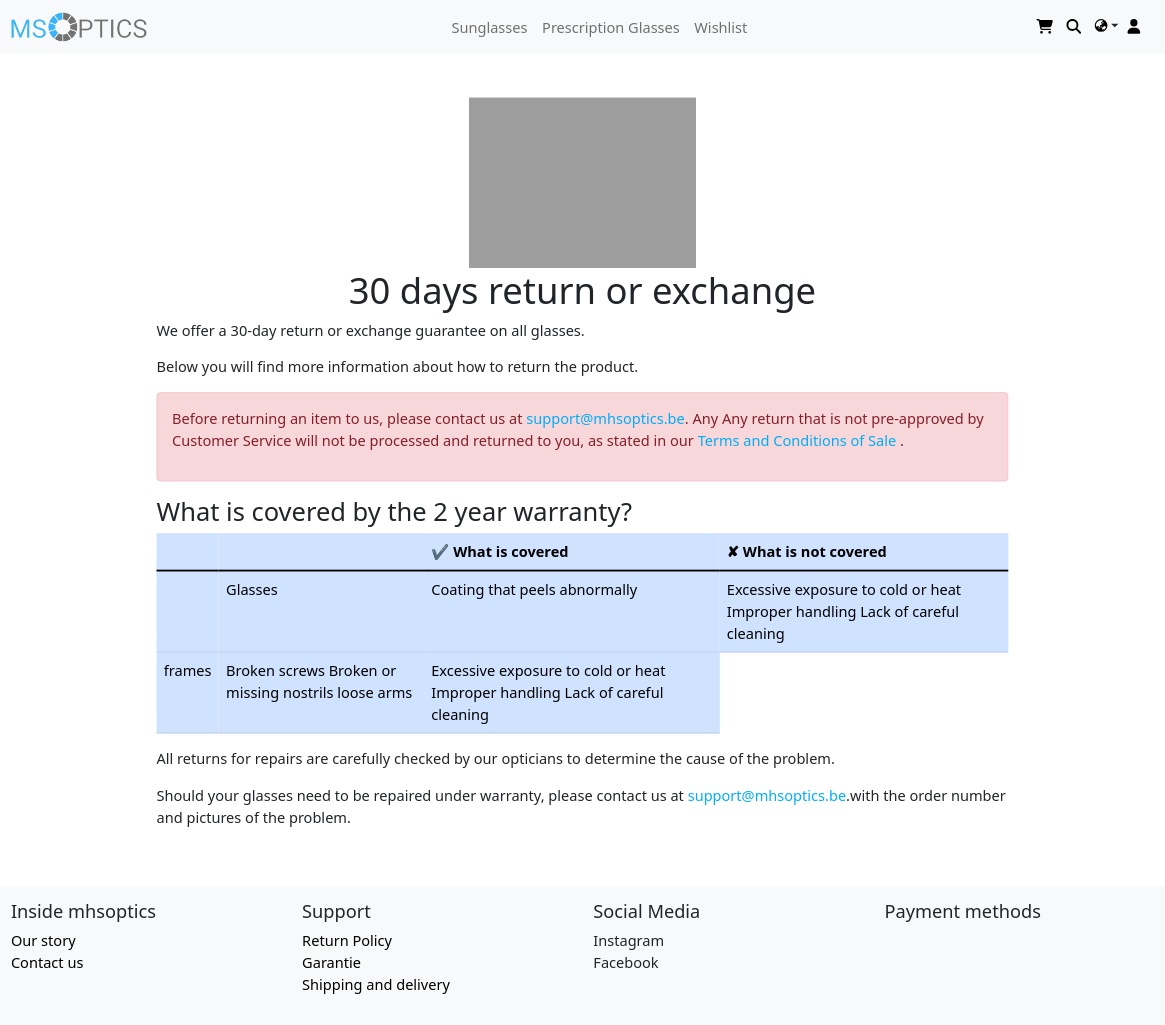
Repository: SaudCh/MERN-msOptics
Page: /returns (app in client/)
These files come from the project's save history. The page is drawn as it stood at one moment and after the next save; the edit follows.
The browser window is 1280 px wide. The pictures show the whole page, at 91% of full size.
The page's requests for data from a server got no answer. The project was rebuilt for these pictures with package versions that can differ from the ones it lists, and the page was loaded fresh each time. No one was signed in, and anything a server would have sent is missing. Also part of the build but not shown: client/src/Routes/AuthRoute.js, client/src/Components/css/header.css, client/src/Routes/SideBarLayout.js, client/src/Routes/ProtectedRoute.js.

Above is the page before, as saved 2022-08-20 16:51:25.

### client/public/index.html
<!DOCTYPE html>
<html lang="en">
  <head>
    <meta charset="utf-8" />
    <link rel="icon" href="%PUBLIC_URL%/favicon.ico" />
    <meta name="viewport" content="width=device-width, initial-scale=1" />
    <meta name="theme-color" content="#000000" />
    <meta
      name="description"
      content="Web site created using create-react-app"
    />
    <link rel="apple-touch-icon" href="%PUBLIC_URL%/logo192.png" />
    <!--
      manifest.json provides metadata used when your web app is installed on a
      user's mobile device or desktop. See https://developers.google.com/web/fundamentals/web-app-manifest/
    -->
    <link rel="manifest" href="%PUBLIC_URL%/manifest.json" />

    <!--
      Notice the use of %PUBLIC_URL% in the tags above.
      It will be replaced with the URL of the `public` folder during the build.
      Only files inside the `public` folder can be referenced from the HTML.

      Unlike "/favicon.ico" or "favicon.ico", "%PUBLIC_URL%/favicon.ico" will
      work correctly both with client-side routing and a non-root public URL.
      Learn how to configure a non-root public URL by running `npm run build`.
    -->
    <title>msOptics</title>
  </head>
  <body>
    <noscript>You need to enable JavaScript to run this app.</noscript>
    <div id="root"></div>
    <!--
      This HTML file is a template.
      If you open it directly in the browser, you will see an empty page.

      You can add webfonts, meta tags, or analytics to this file.
      The build step will place the bundled scripts into the <body> tag.

      To begin the development, run `npm start` or `yarn start`.
      To create a production bundle, use `npm run build` or `yarn build`.
    -->
    <script src="./JeelizVTOWidget.js"></script>
    <script src="./jeelizstart.js"></script>
  </body>
</html>

### client/src/index.css
/* colors{
  #00aef9
} */
* {
  margin: 0;
  padding: 0;
}
img {
  cursor: pointer;
}
.text-green {
  color: rgb(34 197 94);
}
.errors {
  color: #dc3545;
  padding: 0;
  margin: 0;
  font-size: 12px;
}
.cart-icon {
  border: 0;
  border-radius: 0;
}
.loader {
  position: fixed;
  top: 0;
  bottom: 0;
  left: 0;
  right: 0;
  background-color: rgba(0, 174, 249, 0.1);

  display: flex;
  justify-content: center;
  align-items: center;
}
.view-more-card {
  display: flex;
  justify-content: center;
  align-items: center;
  cursor: pointer;
  min-width: 200px;
  box-shadow: 0 2px 10px 0 rgba(0, 0, 0, 0.2), 0 3px 5px 0 rgba(0, 0, 0, 0.19);
}
.view-more-card:hover {
  box-shadow: 0 4px 4px 0 rgba(0, 0, 0, 0.2), 0 6px 10px 0 rgba(0, 0, 0, 0.19);
}
.footer-ul {
  list-style: none;
  padding: 0;
}
.link {
  text-decoration: none;
  color: #000;
}
.link:hover {
  text-decoration: none;
  color: #000;
}
.link-blue {
  color: #00aef9;
  text-decoration: none;
}
.highlight {
  fill: #00aef9;
}
.side-bar-btn {
  border: 0;
  border-radius: 0;
}

### client/src/Components/Context/AuthContext.js
import { createContext } from "react";

export const AuthContext = createContext({
    isLoggedIn: false,
    user: null,
    token: null,
    login: () => { },
    logout: () => { },
});

### client/src/Components/Hooks/useAuth.js
import { useState, useEffect } from "react";

export const useAuth = () => {
	const [token, setToken] = useState("");
	const [user, setUser] = useState("");

	const login = (user, token) => {
		setToken(token);
		setUser(user);

		localStorage.setItem("userData", JSON.stringify({ user }));
		localStorage.setItem("token", JSON.stringify(token));
	};

	const logout = () => {
		setToken(null);
		setUser(null);
		localStorage.removeItem("userData");
		localStorage.removeItem("token");
	};

	useEffect(() => {
		const storedData = JSON.parse(localStorage.getItem("userData"));
		const token = JSON.parse(localStorage.getItem("token"));
		setToken(token);
		setUser(storedData?.user);

		if (storedData && token) {
			login(storedData?.user, token);
		}
	}, []);

	return { login, logout, token, user };
};

### client/src/Components/Context/CartContext.js
import { createContext } from "react";

export const CartContext = createContext({
    cart: [],
    total: 0,
    addToCart: () => { },
    removeAll: () => { },
    IncQuantity: () => { },
    DecQuantity:() => { },
});

### client/src/Components/Hooks/useCart.js
import { useEffect, useState } from 'react'
import { toast } from 'react-toastify'

export const useCart = () => {
    const [cart, setCart] = useState([])
    const [total, setTotal] = useState(0)

    const addToCart = (product, quantity) => {
        // console.log(product)

        var lsCart = JSON.parse(localStorage.getItem("msopticcart"));
        let flag = 0;

        if (lsCart != null) {
            lsCart.forEach(function (item) {
                if (item.id === product.id) {
                    item.quantity = item.quantity + quantity;
                    flag = 1;
                }
            });
        } else {
            lsCart = [];
        }

        if (flag === 0) {
            lsCart.push({ id: product.id, title: product.title, image: product.images[0], images: product.images, price: product.price, quantity: quantity });
        }

        localStorage.setItem("msopticcart", JSON.stringify(lsCart));
        setCart(lsCart);

        toast.success("Product added to cart");

    }

    const removeAll = () => {
        setCart([])
        localStorage.removeItem("msopticcart");
    }

    const removeItem = (id) => {
        var lsCart = JSON.parse(localStorage.getItem("msopticcart"));
        lsCart = lsCart.filter(item => item.id !== id);
        localStorage.setItem("msopticcart", JSON.stringify(lsCart));
        setCart(lsCart);
    }

    const IncQuantity = (id) => {
        var lsCart = JSON.parse(localStorage.getItem("msopticcart"));
        lsCart.forEach(function (item) {
            if (item.id === id) {
                item.quantity = item.quantity + 1;
            }
        });
        localStorage.setItem("msopticcart", JSON.stringify(lsCart));
        setCart(lsCart);
    }

    const DecQuantity = (id) => {
        var lsCart = JSON.parse(localStorage.getItem("msopticcart"));
        lsCart.forEach(function (item) {
            if (item.id === id && item.quantity > 1) {
                item.quantity = item.quantity - 1;
            }
        });
        localStorage.setItem("msopticcart", JSON.stringify(lsCart));
        setCart(lsCart);
    }


    useEffect(() => {
        const lsCart = JSON.parse(localStorage.getItem("msopticcart"));

        if (lsCart) {
            setCart(lsCart)
        }
    }, [])

    useEffect(() => {
        let total = 0;
        cart.forEach(item => {
            total += item.price * item.quantity
        })
        setTotal(total)
    }, [cart])



    return { cart, addToCart, removeAll, removeItem, total, IncQuantity, DecQuantity }
}

### client/src/Components/Context/WishlistContext.js
import { createContext } from "react";

export const WishContext = createContext({
    wishlist: [],
    addToWishlist: () => { },
    removeFromWishlist: () => { },
    clearWishlist: () => { },
    getWishlist: () => { },
});

### client/src/Routes/layout.js
import React from 'react';
import { Outlet } from 'react-router-dom';
import Footer from '../Components/Footer';
import Header from '../Components/Header';

export default function Layout() {
  return (
    <div>
      <Header background={true} />
      <Outlet />
      <Footer />
    </div>
  );
}

### client/src/Routes/Loading.js
import React from 'react';
import Logo from '../Images/logo.png';

export default function Loading() {
  return (
    <div className="loader">
      <div>
        <img src={Logo} style={{ width: 150 }} alt="logo" />
      </div>
    </div>
  );
}

### client/src/Pages/Support/Return.jsx
import React from "react";
import { useTranslation } from "react-i18next";
import { Link } from "react-router-dom";

export default function Return() {
  const { t } = useTranslation();
  return (
    <div className="container-fluid my-5">
      <div className="row justify-content-center align-items-center">
        <div className="col-10 col-md-9">
          <div class="return_img text-center">
            <img
              src={`${process.env.REACT_APP_SERVER_URL}/assets/return.svg`}
              alt="returns"
              width={250}
            />
          </div>
          <div class="return_info">
            <h1 className="text-center">{t("returns_title")}</h1>
            <p class="notice">{t("notice_1")}</p>
            <p class="notice">{t("notice_2")}</p>

            <div class="alert alert-danger">
              <p>
                {t("remaque_start")}{" "}
                <a href="mailto:support@mhsoptics.be" className="link-blue">
                  support@mhsoptics.be
                </a>
                . Any {t("remarque_end")}{" "}
                <Link className="link-blue" to="#">
                  {" "}
                  {t("tos")}{" "}
                </Link>{" "}
                .
              </p>
            </div>
            <h3>What is covered by the 2 year warranty?</h3>
            <table className="table table-primary">
              <thead>
                <tr class="table100-head">
                  <th></th>
                  <th></th>
                  <th>✔ {t("covered")}</th>
                  <th>✘ {t("uncovered")}</th>
                </tr>
              </thead>
              <tbody>
                <tr class="table100-head">
                  <td> </td>
                  <td>{t("glasses")}</td>
                  <td>{t("covered_glasses")}</td>
                  <td>{t("uncovered_glasses")}</td>
                </tr>
                <tr class="table100-head">
                  <td>{t("frames")}</td>
                  <td>{t("covered_frames")}</td>
                  <td>{t("uncovered_frames")}</td>
                </tr>
              </tbody>
            </table>
            <p>{t("paragh")}</p>
            <div class="return_remarque remaque_lite">
              <p>
                {t("remarque_Lite_start")}{" "}
                <a href="mailto:support@mhsoptics.be" className="link-blue">
                  support@mhsoptics.be
                </a>
                .{t("remarque_Lite_end")}
              </p>
            </div>
          </div>
        </div>
      </div>
    </div>
  );
}

### client/src/Components/Footer.jsx
import React from "react";
import { useTranslation } from "react-i18next";
import { Link } from "react-router-dom";

export default function Footer() {
  const { t } = useTranslation();
  return (
    <section className="container-fluid bg-light mt-4 py-3">
      <div className="row">
        <div className="col-12 col-md-3">
          <h5>{t("inside_mhsoptics")}</h5>
          <ul className="footer-ul">
            <li>
              <Link className="link" to={"/about"}>
                {t("our_story")}
              </Link>
            </li>
            <li>
              <Link className="link" to="contact">
                {t("contact_us")}
              </Link>
            </li>
          </ul>
        </div>
        <div className="col-12 col-md-3">
          <h5>{t("support")}</h5>
          <ul className="footer-ul">
            <li>
              <Link className="link" to="returns">
                {t("return_policy")}
              </Link>
            </li>
            <li>
              <Link className="link" to="garantee">
                {t("garantie")}
              </Link>
            </li>
            <li>
              <Link className="link" to="shipping">
                {t("shipping_and_delevry")}
              </Link>
            </li>
          </ul>
        </div>
        <div className="col-12 col-md-3">
          <h5>{t("s_media")}</h5>
          <ul className="footer-ul">
            <li>Instagram</li>
            <li>Facebook</li>
          </ul>
        </div>
        <div className="col-12 col-md-3">
          <h5>{t("p_m")}</h5>
          <ul className="footer-ul"></ul>
        </div>
      </div>
    </section>
  );
}

### client/src/Components/Header.jsx
import React, { useContext } from 'react';
import { Link } from 'react-router-dom';
import './css/header.css';
import { AuthContext } from './Context/AuthContext';
import HeaderIcon from './Header/headerIcon';
import Logo from '../Images/logo.png';
import { UserIcon } from './icons';
import { useTranslation } from 'react-i18next';

export default function Header({ background }) {
  const { t } = useTranslation();
  const auth = useContext(AuthContext);

  return (
    <nav
      className={`navbar navbar-expand-lg ${
        background ? 'navbar-light bg-light' : 'navbar-dark home-header-style'
      }`}
    >
      <div className="container-fluid">
        <Link to="/" className="navbar-brand">
          <img src={Logo} style={{ width: 150 }} alt="logo" />
        </Link>
        <div>
          <span className="d-md-none">
            <HeaderIcon background={background} />
          </span>
          <button
            className="navbar-toggler"
            type="button"
            data-bs-toggle="collapse"
            data-bs-target="#navbarSupportedContent"
            aria-controls="navbarSupportedContent"
            aria-expanded="false"
            aria-label="Toggle navigation"
          >
            <span className="navbar-toggler-icon"></span>
          </button>
        </div>
        <div className="collapse navbar-collapse" id="navbarSupportedContent">
          <ul className="navbar-nav m-auto mb-2 mb-lg-0">
            <li className="nav-item">
              <Link to="/t/sunglasses" className="nav-link" aria-current="page">
                {t('sunglasses')}
              </Link>
            </li>
            <li className="nav-item">
              <Link to="/t/prescription" className="nav-link">
                {t('persctiption')}
              </Link>
            </li>
            <li className="nav-item">
              <Link
                to={auth.isLoggedIn ? '/wishlist' : '/login'}
                className="nav-link"
              >
                {t('wishlist')}
              </Link>
            </li>
            <li className="d-md-none">
              <Link to={auth.isLoggedIn ? '/account' : '/login'}>
                <UserIcon
                  color={background ? 'black' : 'white'}
                  style={{ marginRight: 10 }}
                />
              </Link>
            </li>
          </ul>
          <span className="d-none d-md-block">
            <HeaderIcon background={background} />
          </span>
        </div>
      </div>
    </nav>
  );
}

### client/src/Components/icons.js
import { FontAwesomeIcon } from '@fortawesome/react-fontawesome';
import { faArrowRightFromBracket, faCartShopping, faChevronLeft, faChevronRight, faEarthAsia, faSearch, faUser, faPlus, faMinus, faCircleXmark, faTrash, faHeart } from '@fortawesome/free-solid-svg-icons';
import { faHeart as fasHeart } from '@fortawesome/free-regular-svg-icons';

export const ShoppingCartIcon = ({ color, size, style }) => (
    <FontAwesomeIcon icon={faCartShopping} color={color} size={size} style={style} />
);

export const SearchIcon = ({ color, size, style }) => (
    <FontAwesomeIcon icon={faSearch} color={color} size={size} style={style} />
);

export const EarthIcon = ({ color, size, style }) => (
    <FontAwesomeIcon icon={faEarthAsia} color={color} size={size} style={style} />
);

export const UserIcon = ({ color, size, style }) => (
    <FontAwesomeIcon icon={faUser} color={color} size={size} style={style} />
);

export const ChevronLeftIcon = ({ color, size, style }) => (
    <FontAwesomeIcon icon={faChevronLeft} color={color} size={size} style={style} />
);

export const ChevronRightIcon = ({ color, size, style }) => (
    <FontAwesomeIcon icon={faChevronRight} color={color} size={size} style={style} />
);

export const LogoutIcon = ({ color, size, style }) => (
    <FontAwesomeIcon icon={faArrowRightFromBracket} color={color} size={size} style={style} />
);

export const IncrementIcon = ({ color, size, style }) => (
    <FontAwesomeIcon icon={faPlus} color={color} size={size} style={style} />
);

export const DecrementIcon = ({ color, size, style }) => (
    <FontAwesomeIcon icon={faMinus} color={color} size={size} style={style} />
);

export const CircleXMarkIcon = ({ color, size, style }) => (
    <FontAwesomeIcon icon={faCircleXmark} color={color} size={size} style={style} />
);


export const TrashIcon = ({ color, size, style }) => (
    <FontAwesomeIcon icon={faTrash} color={color} size={size} style={style} />
);

export const HeartFillIcon = ({ color, size, style }) => (
    <FontAwesomeIcon icon={faHeart} color={color} size={size} style={style} />
);

export const HeartEmptyIcon = ({ color, size, style }) => (
    <FontAwesomeIcon icon={fasHeart} color={color} size={size} style={style} />
);

### client/src/Components/Header/headerIcon.jsx
import React, { useContext } from "react";
import i18next from "i18next";
import { Link } from "react-router-dom";
import { AuthContext } from "../Context/AuthContext";
import {
  EarthIcon,
  LogoutIcon,
  SearchIcon,
  ShoppingCartIcon,
  UserIcon,
} from "../icons";
import { WishContext } from "../Context/WishlistContext";

export default function HeaderIcon({ background }) {
  const auth = useContext(AuthContext);
  const { clearWishlist } = useContext(WishContext);

  const languages = [
    {
      code: "en",
      name: "English",
      country_code: "gb",
    },
    {
      code: "fr",
      name: "Français",
      country_code: "fr",
    },
    {
      code: "de",
      name: "Deutsch",
      country_code: "de",
    },
  ];

  return (
    <>
      <Link to="/cart">
        <ShoppingCartIcon
          color={background ? "black" : "white"}
          style={{ marginRight: 15 }}
        />
      </Link>

      <Link to="/search">
        <SearchIcon
          color={background ? "black" : "white"}
          style={{ marginRight: 15 }}
        />
      </Link>

      <div className="btn-group pb-1" style={{ marginRight: 10 }}>
        <button
          type="button"
          className={
            background
              ? "text-dark btn btn-sm m-0 p-0 dropdown-toggle side-bar-btn"
              : "text-white btn btn-sm m-0 p-0 dropdown-toggle side-bar-btn"
          }
          data-bs-toggle="dropdown"
          aria-expanded="false"
        >
          <EarthIcon color={background ? "black" : "white"} />
        </button>
        <ul className="dropdown-menu dropdown-menu-end">
          {languages.map(({ code, name }) => (
            <li key={code}>
              <button
                className="dropdown-item"
                type="button"
                onClick={() => i18next.changeLanguage(code)}
              >
                {name}
              </button>
            </li>
          ))}
        </ul>
      </div>

      <span className="d-none d-md-inline">
        <Link to={auth.isLoggedIn ? "/account" : "/login"}>
          <UserIcon
            color={background ? "black" : "white"}
            style={{ marginRight: 15 }}
          />
        </Link>
      </span>

      {auth.isLoggedIn ? (
        <button
          className="btn btn-sm p-0 side-bar-btn"
          onClick={() => {
            auth.logout();
            clearWishlist();
          }}
        >
          <LogoutIcon
            color={background ? "black" : "white"}
            style={{ marginRight: 5 }}
          />
        </button>
      ) : null}
    </>
  );
}

### client/public/jeelizstart.js
let _isResized = false;
function test_resizeCanvas() {
  // halves the height:
  let halfHeightPx = Math.round(window.innerHeight / 2).toString() + 'px';

  const domWidget = document.getElementById('JeelizVTOWidget');
  domWidget.style.maxHeight = _isResized ? 'none' : halfHeightPx;

  _isResized = !_isResized;
}

// entry point:
function mirrorTryOn() {
  JEELIZVTOWIDGET.start({
    searchImageMask: '/assets/loading.png',
    searchImageColor: 0xeeeeee,
    callbackReady: function () {
      const { ver } = document.querySelector('.ver__btn').dataset;
      JEELIZVTOWIDGET.load_modelStandalone(`/img/tryon/${ver}`);
    },
    onError: function (errorLabel) {
      alert('An error happened. errorLabel =' + errorLabel);
      switch (errorLabel) {
        case 'WEBCAM_UNAVAILABLE':
          break;

        case 'NOFILE':
          break;

        case 'WRONGFILEFORMAT':
          break;

        case 'INVALID_SKU':
          break;

        case 'FALLBACK_UNAVAILABLE':
          break;

        case 'PLACEHOLDER_NULL_WIDTH':
        case 'PLACEHOLDER_NULL_HEIGHT':
          break;

        case 'FATAL':
        default:
          break;
      }
    },
  });
}

function load_modelBySKU() {
  const sku = prompt(
    'Please enter a glasses model SKU:',
    'rayban_wayfarer_havane_marron'
  );
  if (sku) {
    JEELIZVTOWIDGET.load(sku);
  }
}

Loaded but not shown: client/src/index.js (common file); client/public/JeelizVTOWidget.js (library); client/src/Language/dutch.js (186 lines, source omitted); client/src/Language/english.js (186 lines, source omitted); client/src/Routes/index.js (85 lines, source omitted); client/src/Components/Hooks/useWishlist.js (99 lines, source omitted); client/src/App.js (90 lines, source omitted)

After the next save:
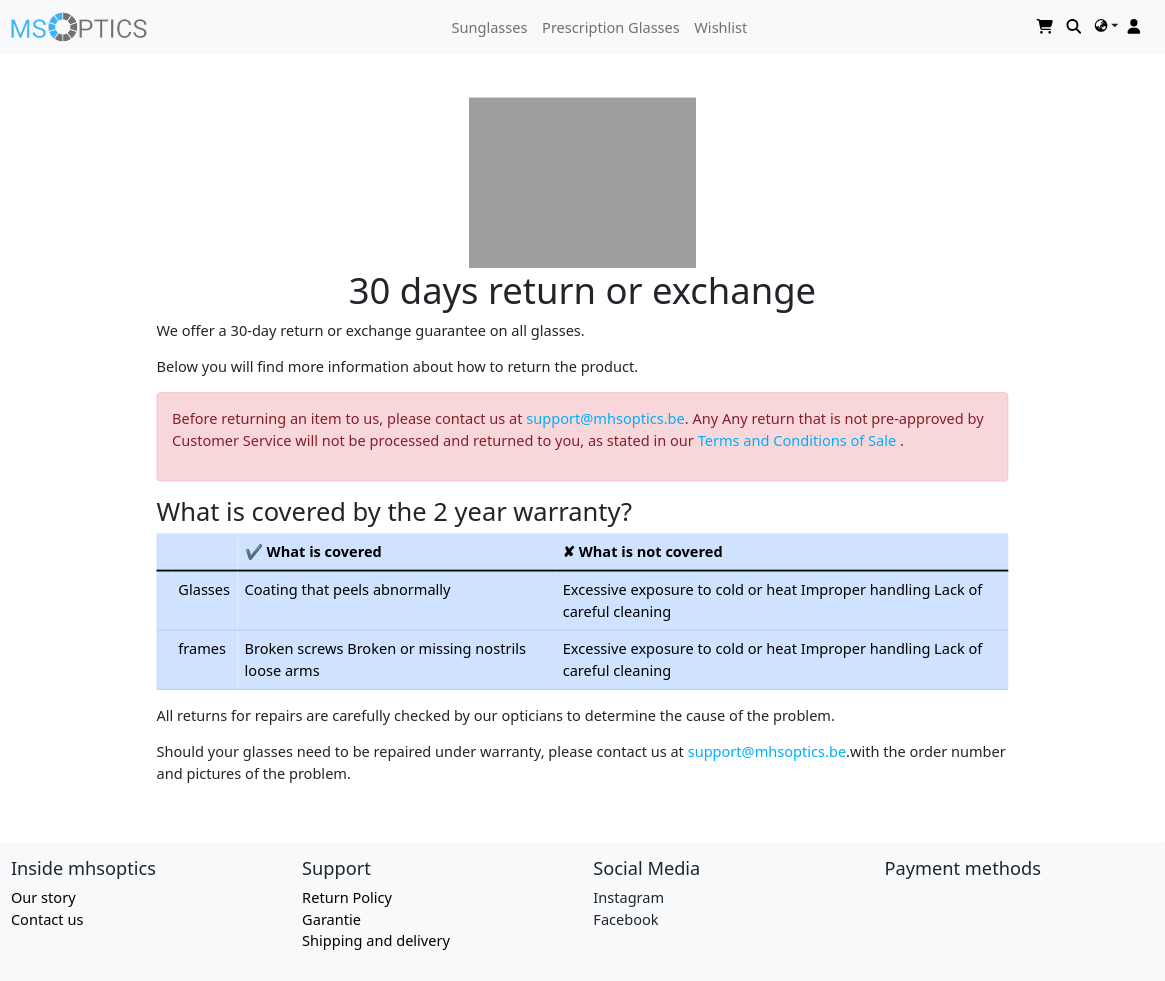
Saved 10 s later.
--- a/client/src/Pages/Support/Return.jsx
+++ b/client/src/Pages/Support/Return.jsx
@@ -52,6 +52,7 @@ export default function Return() {
                   <td>{t("uncovered_glasses")}</td>
                 </tr>
                 <tr class="table100-head">
+                  <td></td>
                   <td>{t("frames")}</td>
                   <td>{t("covered_frames")}</td>
                   <td>{t("uncovered_frames")}</td>
